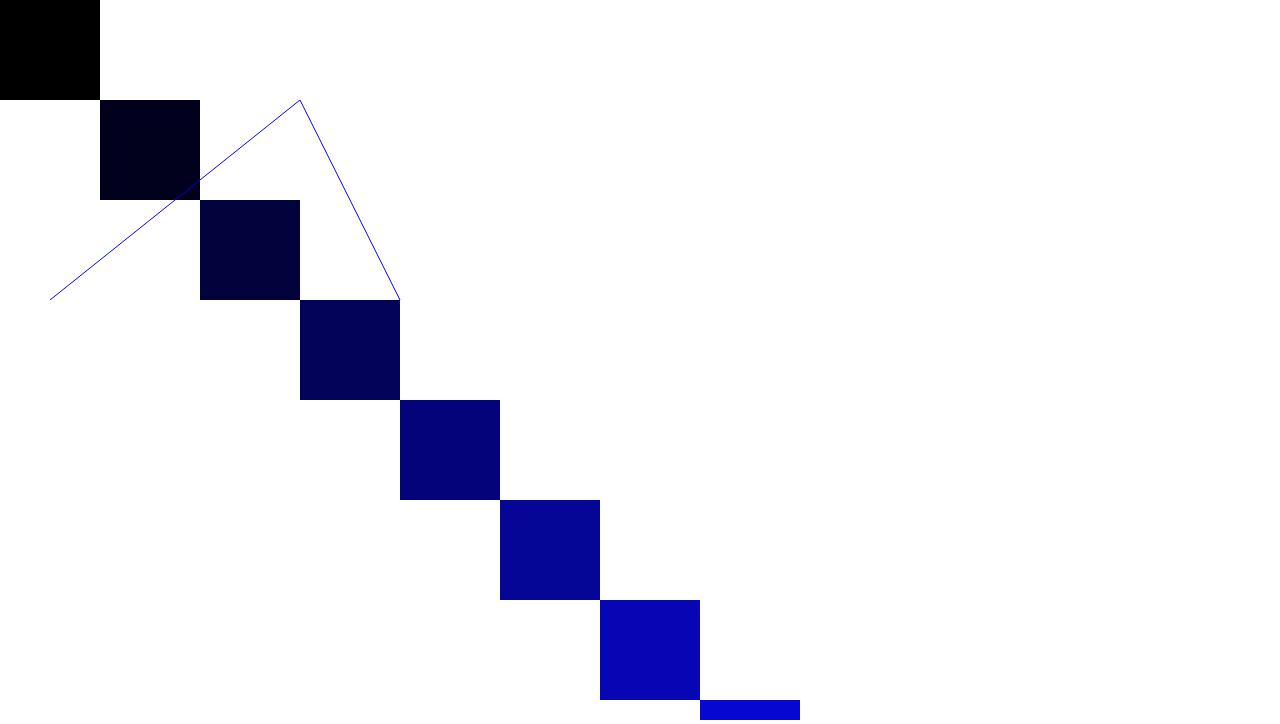
Repository: MikeTroianello/canvas-testing
Page: index.html
An editor plug-in stored every save of this project. The page is shown before and after the next save, followed by the edit.
The browser window is 1280 px wide. The pictures show the whole page.

Above is the page before, as saved 2019-06-04 22:27:13.

After the next save:
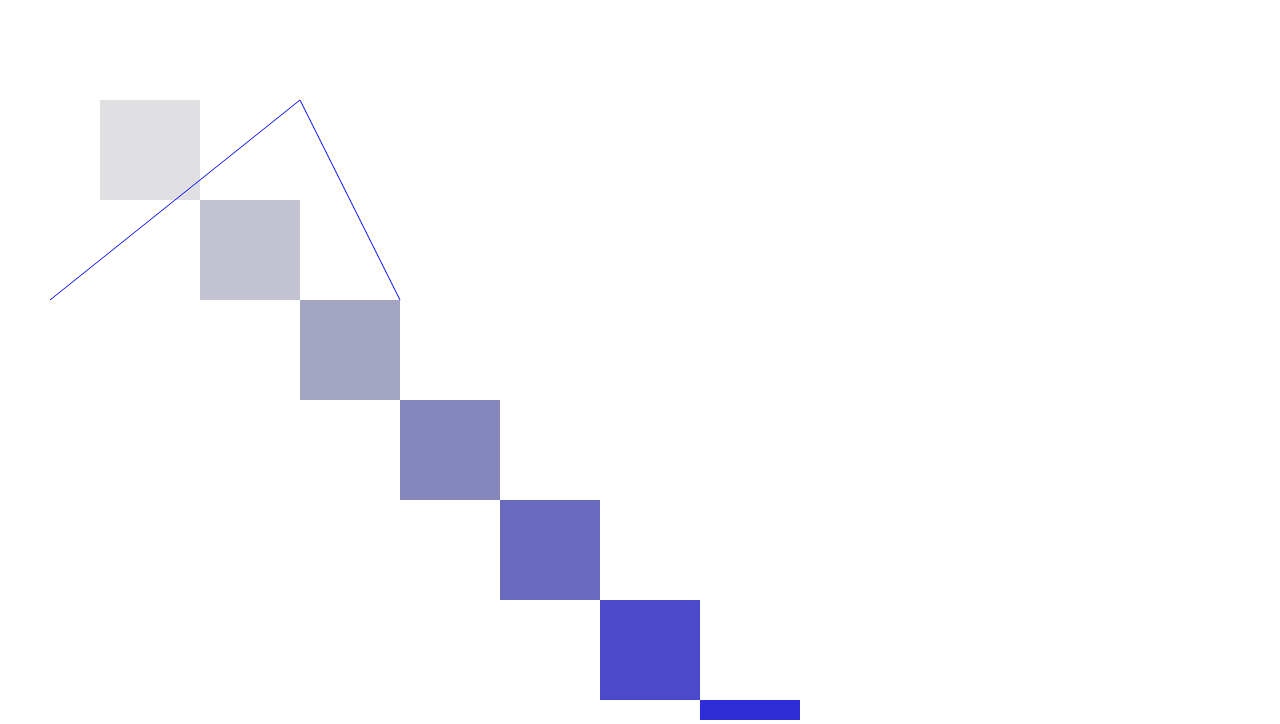
Saved 4 min 52 s later.
--- a/canvas.js
+++ b/canvas.js
@@ -7,7 +7,7 @@ canvas.height = window.innerHeight;
 var ctx = canvas.getContext('2d');
 
 for (let i = 0; i < canvas.width; i++) {
-  ctx.fillStyle = `rgba(${i}, ${i}, ${i * 30}, 1)`;
+  ctx.fillStyle = `rgba(${i}, ${i}, ${i * 30}, ${i * 0.12})`;
   ctx.fillRect(i * 100, i * 100, 100, 100);
 }
 
